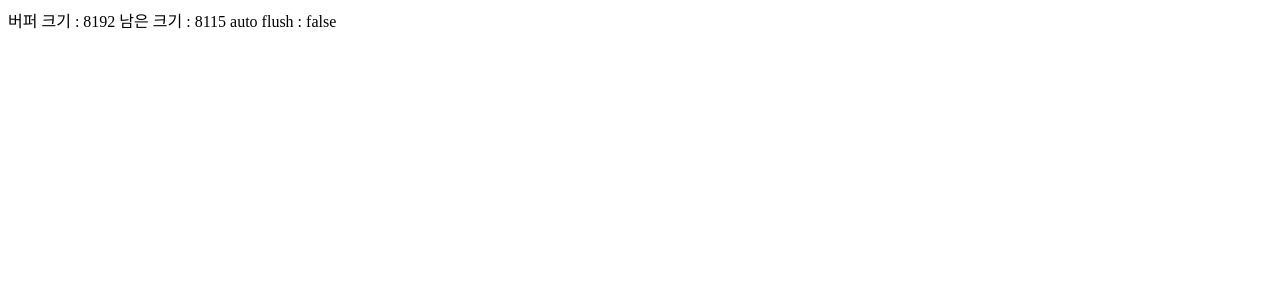
Repository: eParkjongtaek/lovedisket
Page: http://localhost/KH18_1/0906/02bufferInfo.jsp
The author's editor kept a copy of each file at every save. The page is drawn from the files as they stood at one save, then again after the next save.
The browser window is 1280 px wide. The pictures show the whole page.
The page is served by Tomcat 9.

Above is the page before, as saved 2017-09-06 01:47:00.

After the next save:
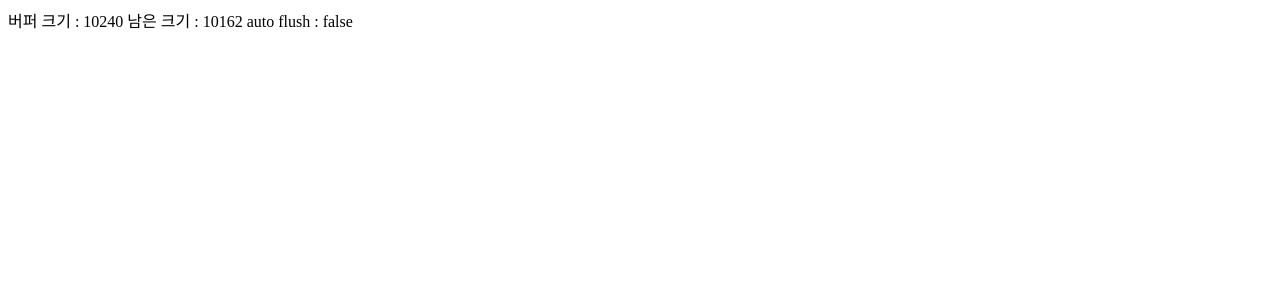
Saved 52 s later.
--- a/source/KH18_1/WebContent/0906/02bufferInfo.jsp
+++ b/source/KH18_1/WebContent/0906/02bufferInfo.jsp
@@ -1,5 +1,5 @@
 <%@ page contentType="text/html; charset=euc-kr" %>
-<%@ page buffer="8kb" autoFlush="false" %>
+<%@ page buffer="10kb" autoFlush="false" %>
 <html>
 	<head><title>버퍼 정보</title></head>
 	<body>
